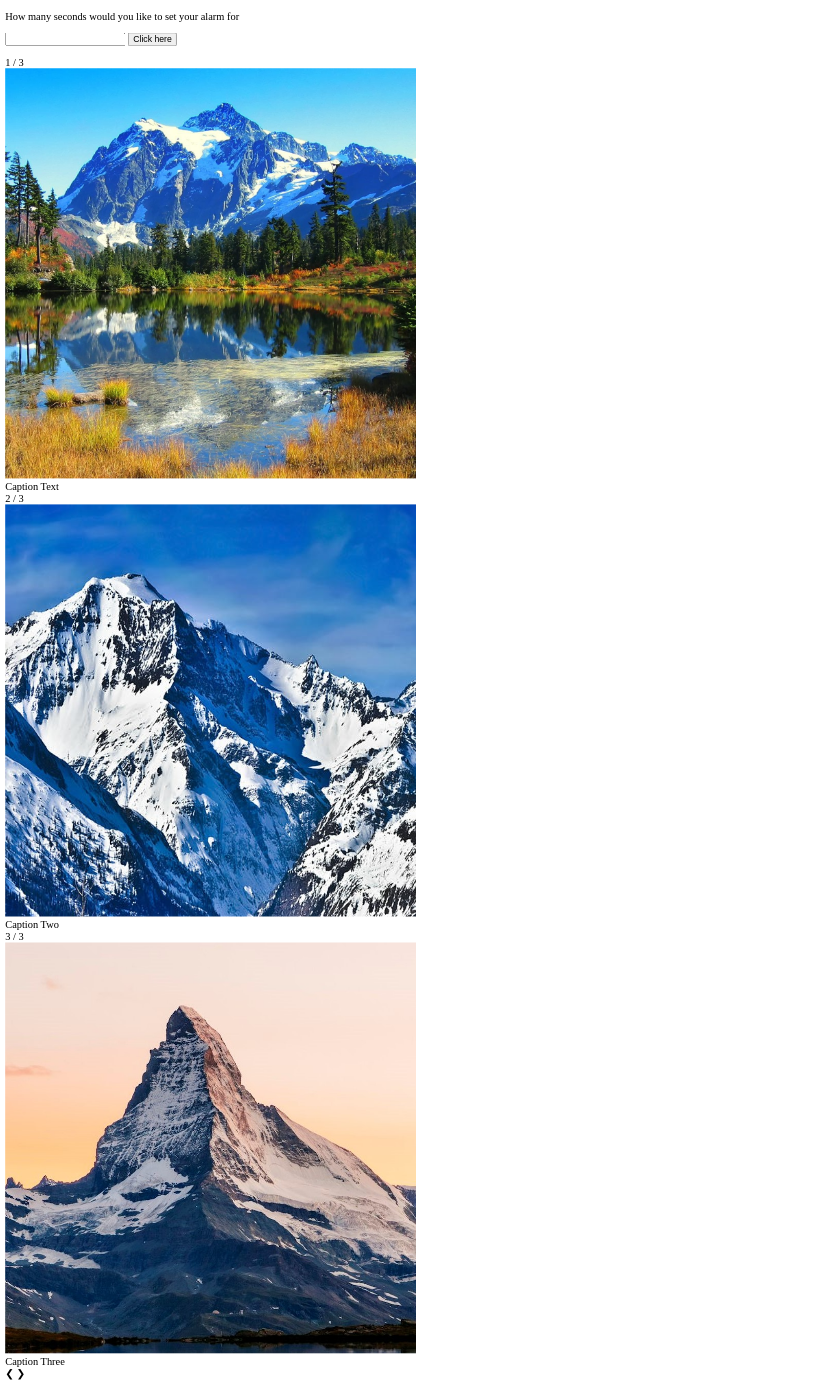
Repository: andyd71/Javascript-Projects
Page: Basic Javascript Projects/Project9_countdown_slideshow/index.html
The author's editor kept a copy of each file at every save. The page is drawn from the files as they stood at one save, then again after the next save.
The browser window is 1280 px wide. The pictures show the whole page, at 65% of full size.

Above is the page before, as saved 2021-03-06 21:55:02.
Console error: TypeError: Cannot read properties of undefined (reading 'style')

After the next save:
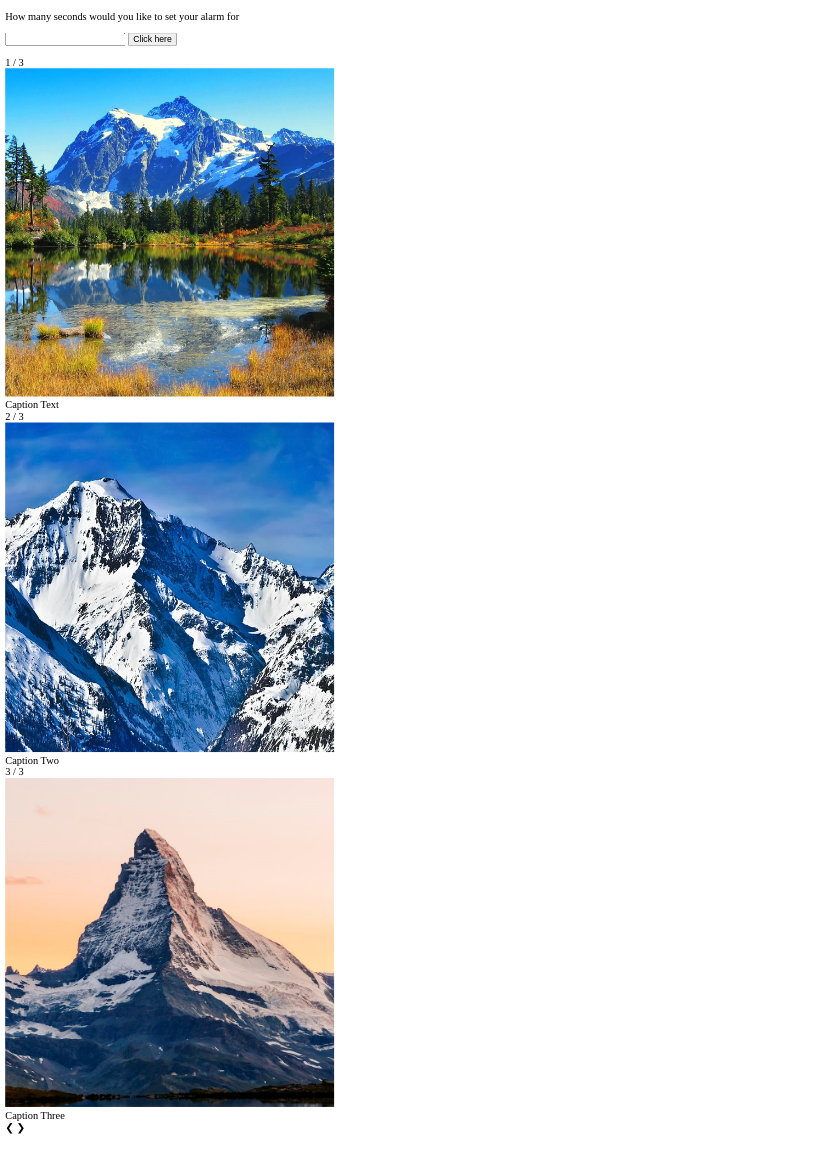
Saved 14 h 39 min later.
--- a/Basic Javascript Projects/Project9_countdown_slideshow/index.html
+++ b/Basic Javascript Projects/Project9_countdown_slideshow/index.html
@@ -15,19 +15,19 @@
       <div class="slideshow-container">
         <div class="mySlides fade">
           <div class="numbertext">1 / 3</div>
-          <img src="nature.jpg" style="width:50%">
+          <img src="nature.jpg" style="width:40%">
           <div class="text">Caption Text</div>
         </div>
 
         <div class="mySlides fade">
           <div class="numbertext">2 / 3</div>
-          <img src="snow.jpg" style="width:50%">
+          <img src="snow.jpg" style="width:40%">
           <div class="text">Caption Two</div>
         </div>
 
         <div class="mySlides fade">
           <div class="numbertext">3 / 3</div>
-          <img src="mountain.jpg" style="width:50%">
+          <img src="mountain.jpg" style="width:40%">
           <div class="text">Caption Three</div>
         </div>
 
